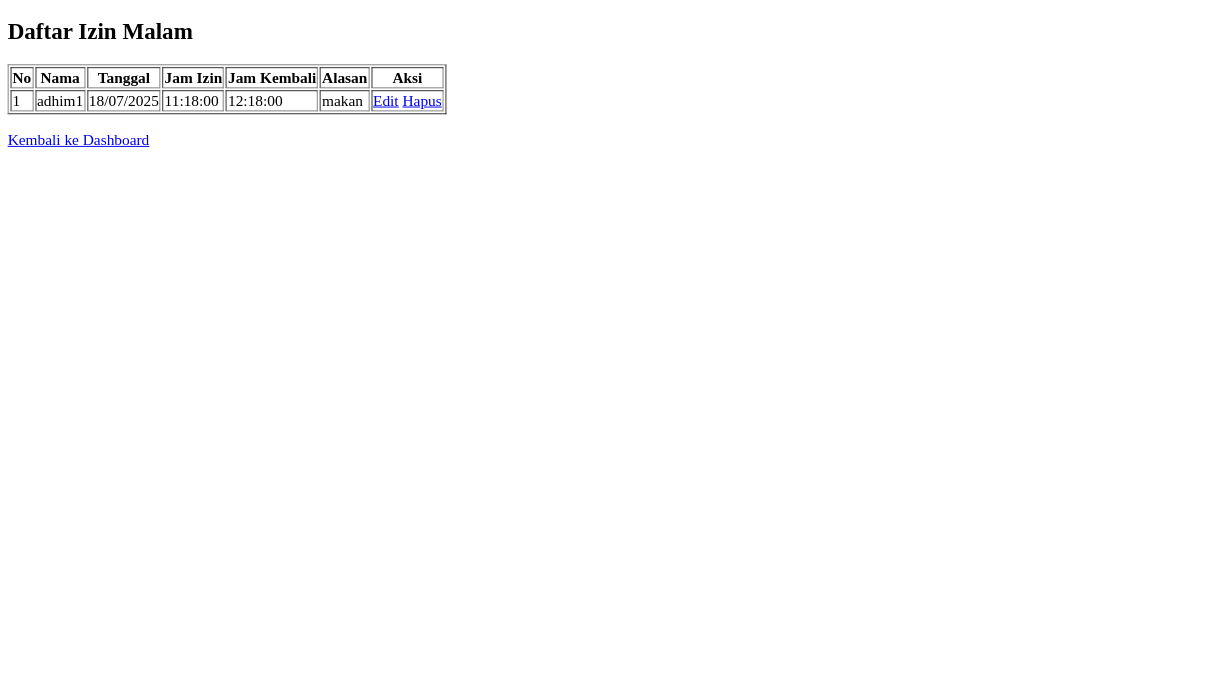
Repository: fatkquladhim/multimedia_app
Page: http://localhost/admin/izin_malam/izin-malam.php
The author's editor kept a copy of each file at every save. The page is drawn from the files as they stood at one save, then again after the next save.
The browser window is 1280 px wide. The pictures show the whole page, at 96% of full size.
Some web libraries are served in a nearby version. The page is run by PHP 8.4 with error messages shown; the project is at /var/www/html/. The session is filled in as if someone had signed in: {"user_id": 2, "username": "asep", "role": "admin"}. The database holds what the project's SQL file puts in it.

Above is the page before, as saved 2025-07-18 22:58:35.

After the next save:
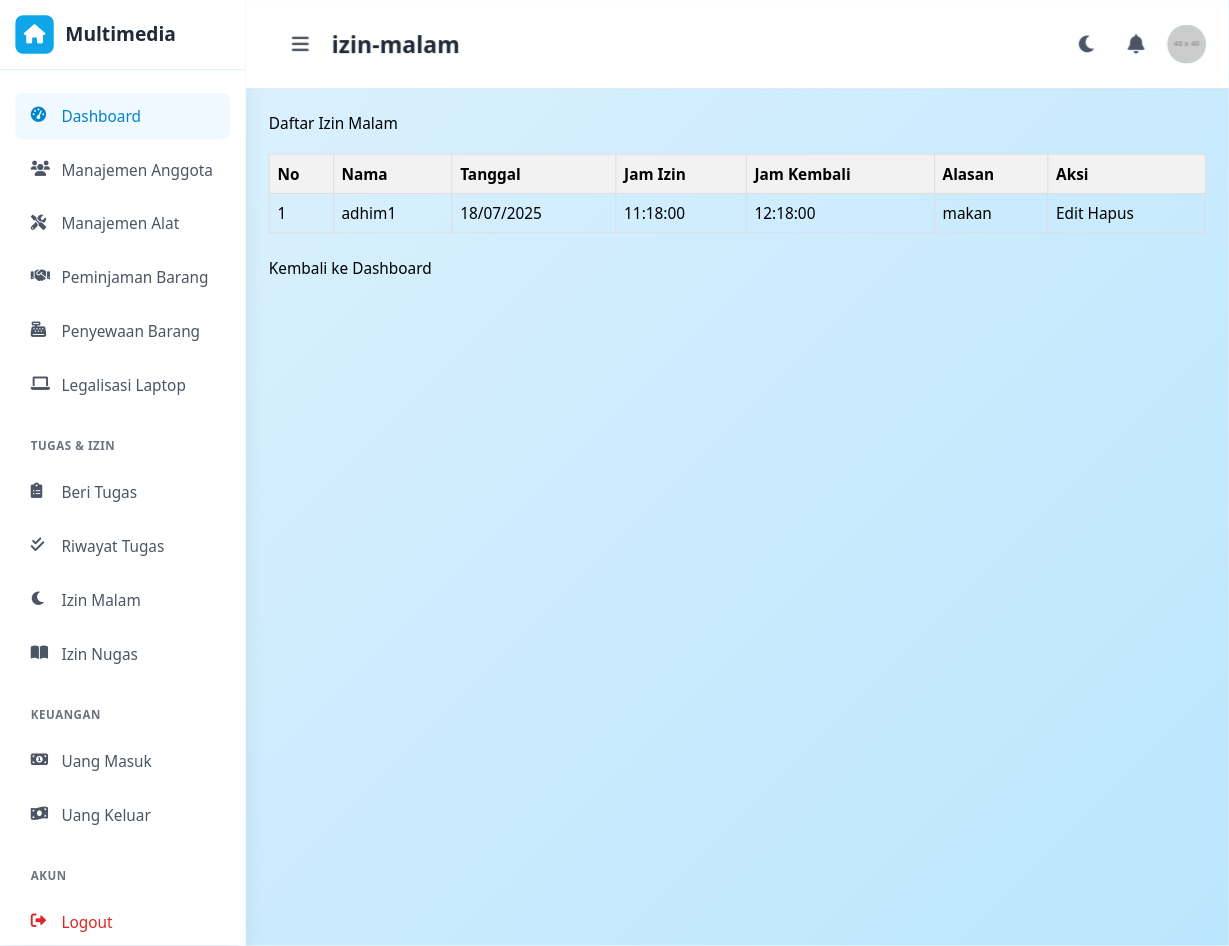
Saved 26 s later.
--- a/admin/izin_malam/izin-malam.php
+++ b/admin/izin_malam/izin-malam.php
@@ -14,14 +14,9 @@ $query = "SELECT im.*, a.nama
           LEFT JOIN anggota a ON im.id_anggota = a.id
           ORDER BY im.tanggal DESC";
 $result = $conn->query($query);
+include '../header.php'; // Path relatif dari 'anggota/'
 ?>
 
-<!DOCTYPE html>
-<html>
-<head>
-    <title>Daftar Izin Malam</title>
-</head>
-<body>
     <h2>Daftar Izin Malam</h2>
 
     <?php
@@ -35,7 +30,6 @@ $result = $conn->query($query);
             <tr>
                 <th>No</th>
                 <th>Nama</th>
-                <!-- NIM column removed -->
                 <th>Tanggal</th>
                 <th>Jam Izin</th>
                 <th>Jam Kembali</th>
